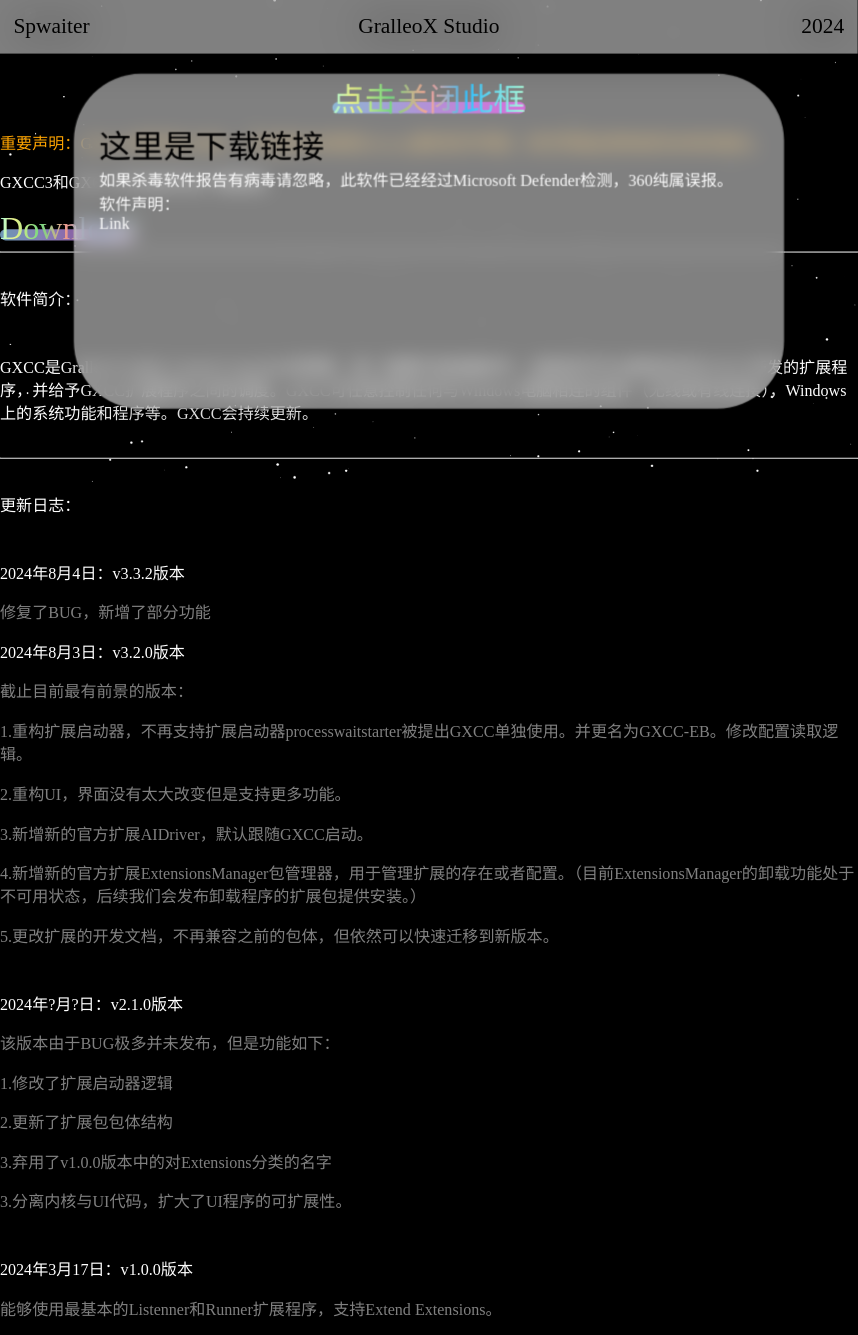
Repository: Lisu-Liso/page
Page: GXCC/index.html
The author's editor kept a copy of each file at every save. The page is drawn from the files as they stood at one save, then again after the next save.
The browser window is 1280 px wide. The pictures show the whole page, at 67% of full size.

Above is the page before, as saved 2024-08-13 21:25:52.

After the next save:
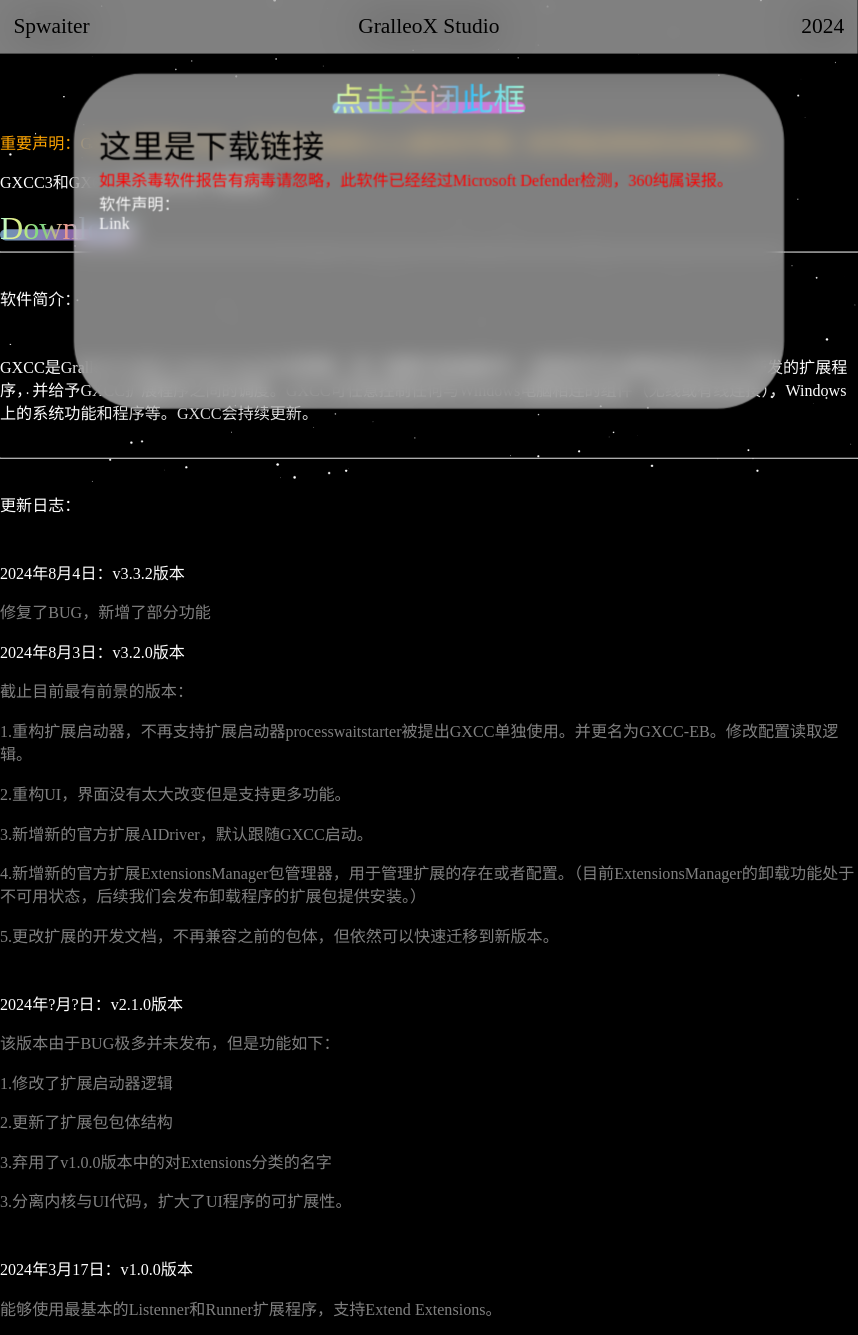
Saved 6 s later.
--- a/GXCC/index.html
+++ b/GXCC/index.html
@@ -282,7 +282,7 @@
             <div style="margin-left: 1cm;">
                 <font size="7" color="black">这里是下载链接</font>
                 <br>
-                <font class="normaltext" style>如果杀毒软件报告有病毒请忽略，此软件已经经过Microsoft Defender检测，360纯属误报。</font>
+                <font class="normaltext" style="color:red;">如果杀毒软件报告有病毒请忽略，此软件已经经过Microsoft Defender检测，360纯属误报。</font>
                 <br>
                 <font class="normaltext" color="grey">软件声明：</font>
                 <br>
